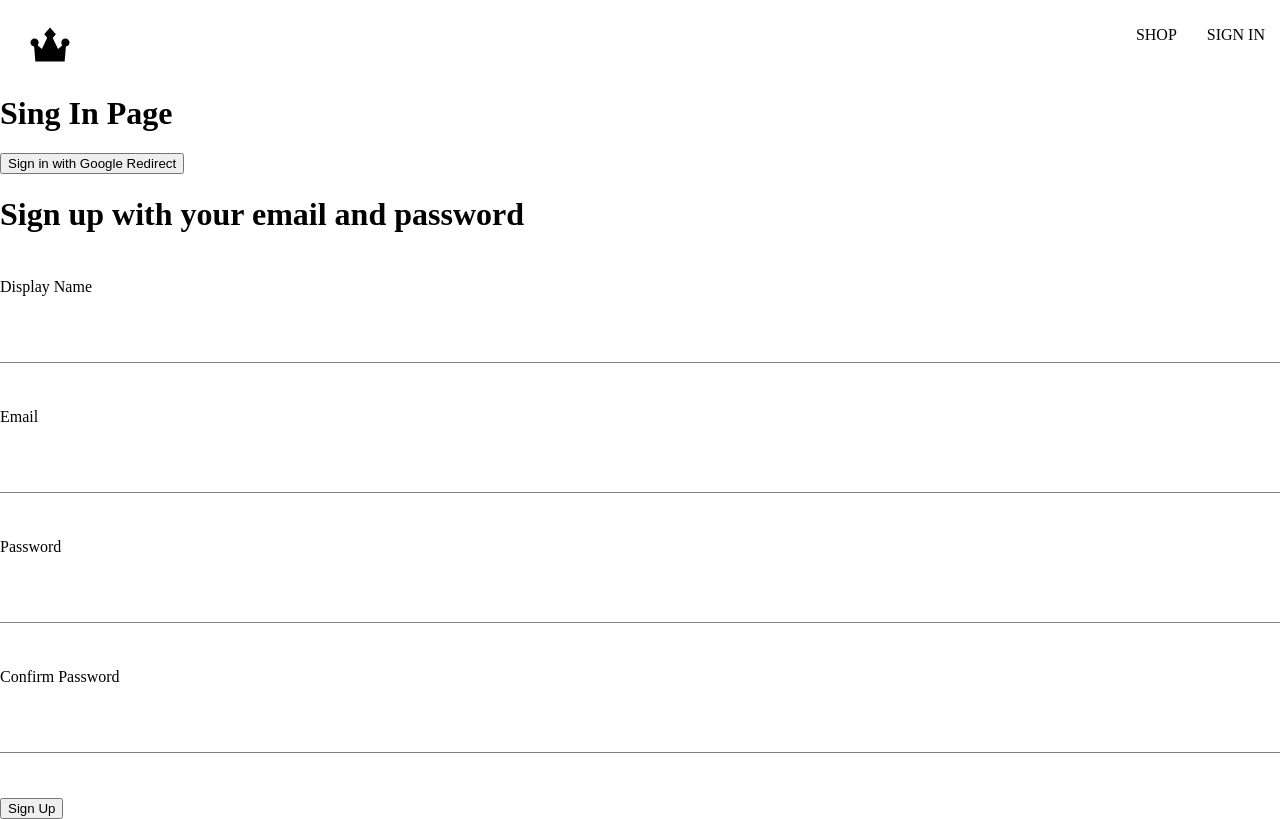
Repository: Chadi2000/crwn-clothing
Page: /signIn
An editor plug-in stored every save of this project. The page is shown before and after the next save, followed by the edit.
The browser window is 1280 px wide. The pictures show the whole page.
The project was rebuilt for these pictures with package versions that can differ from the ones it lists, and the page was loaded fresh each time. Also part of the build but not shown: src/categories.styles.scss, src/components/category-item/category-item.styles.scss, src/components/category-item/category-item.component.jsx, src/components/directory/directory.styles.scss, src/components/directory/directory.component.js, src/routes/home/home.component.jsx.

Above is the page before, as saved 2024-02-11 13:11:18.

After the next save:
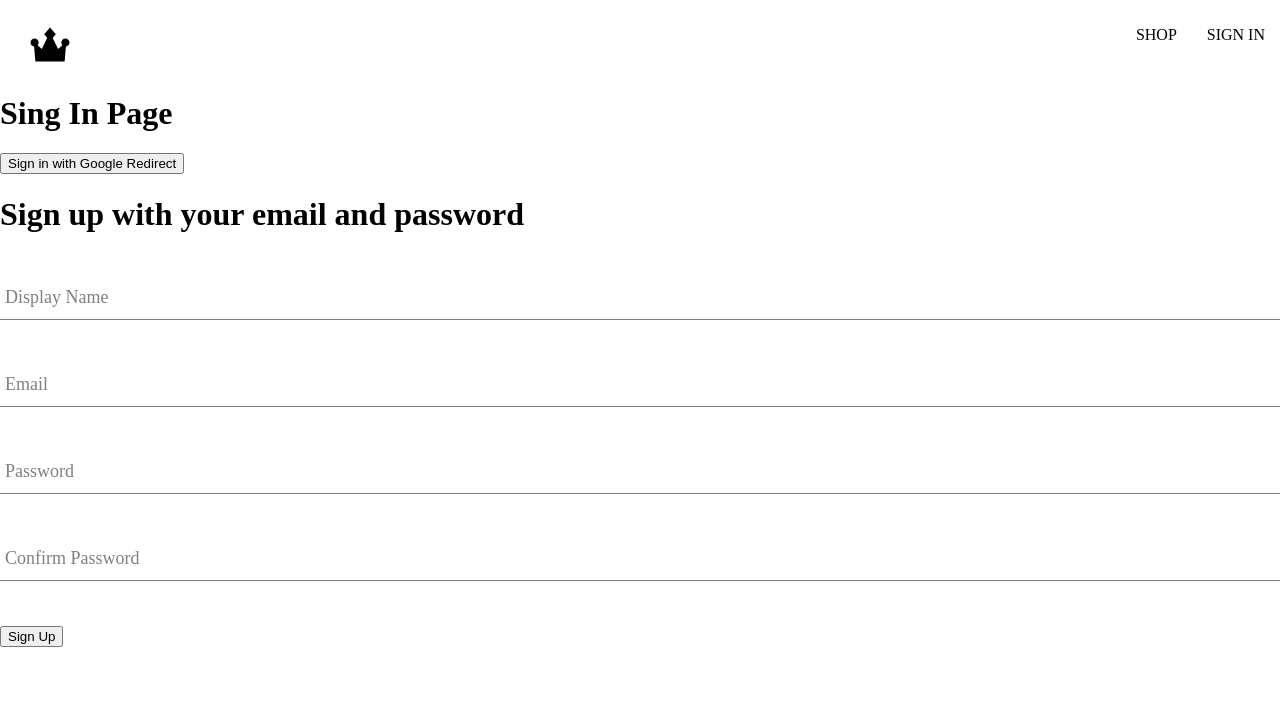
Saved 2 min 58 s later.
--- a/src/components/form-input/form-input.styles.scss
+++ b/src/components/form-input/form-input.styles.scss
@@ -30,4 +30,15 @@ $main-color: black;
             outline: none;
         }
     }
+    .form-input-label{
+        color: $sub-color;
+        font-size: 18px;
+        font-weight: normal;
+        position: absolute;
+        pointer-events: none;
+        left: 5px;
+        top: 10px;
+        transition: all 300ms ease 0s;
+        line-height: 1;
+    }
 }
